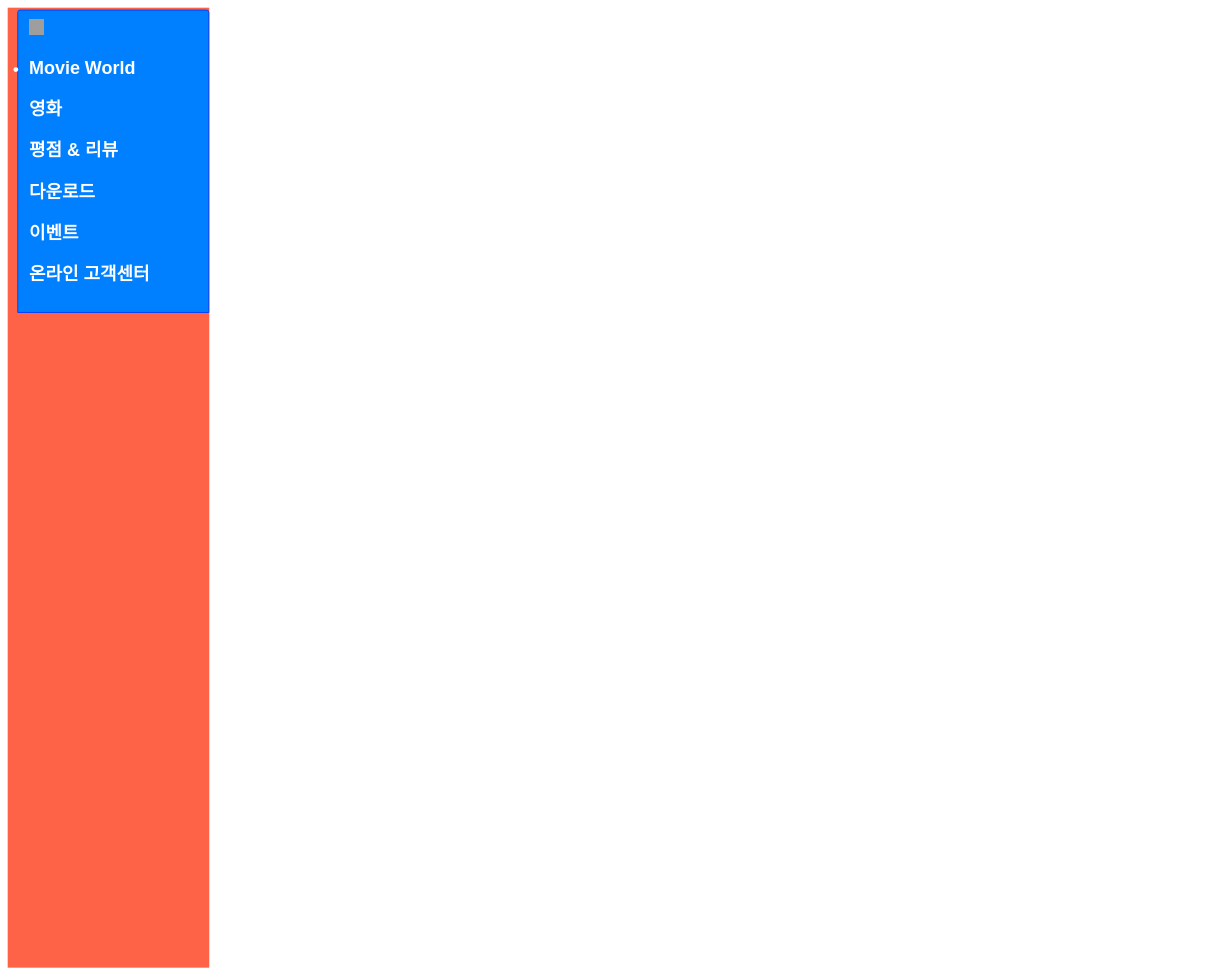
Repository: khpark1211/jsp
Page: http://localhost/TestJsp/
These files come from the project's save history. The page is drawn as it stood at one moment and after the next save; the edit follows.
The browser window is 1280 px wide. The pictures show the whole page, at 96% of full size.
Pictures or frames that could not be fetched are drawn as grey boxes. Some web libraries are served in a nearby version. The page is served by Tomcat 9.

Above is the page before, as saved 2020-04-07 05:35:33.
Not found: TestJsp/resources/demos/style.css

### TestJsp/WebContent/index.jsp

<%@ page language="java" contentType="text/html; charset=UTF-8"
	pageEncoding="UTF-8"%>
<!DOCTYPE html>
<html>
<head>
<meta charset="UTF-8">
<title>Insert title here</title>
<style type="text/css">
#mb-sidebar {
	width: 200px;
	padding-left: 10px;
	height: 1000px;
	float: left;
	border: 1px solid none;
	background-color: tomato;
}

#mb-content {
	width: 800px;
	min-height: 1000px;
	float: left;
	margin-left: 90px;
}

#mb-sidebar {
	list-style-type: none;
}

#accordion ul ul {
	display:none;
}

#accordion li.active ul{
	display: block;
}
</style>
<link rel="stylesheet" href="//code.jquery.com/ui/1.12.1/themes/base/jquery-ui.css">
<link rel="stylesheet" href="/resources/demos/style.css">
<script src="https://code.jquery.com/jquery-1.12.4.js"></script>
<script src="https://code.jquery.com/ui/1.12.1/jquery-ui.js"></script>
<script type="text/javascript">
$( function() {
    $( "#accordion" ).accordion();
  } );
</script>
</head>
<body>
	<div id="mb-container">
		<div id="mb-sidebar">
			<!-- 메뉴 -->
			<div id="accordion">
				<ul>
					<li>
					<h3>Movie World</h4>
					<h3 class="topMenuLi">영화</h4>
						<ul class="subMenu">
							<li>현재 상영작</li>
							<li>상영 예정작</li>
							<li>영화 예매</li>
						</ul>

					<h3 class="topMenuLi">평점 & 리뷰</h4>

					<h3 class="topMenu">다운로드</h4>
						<ul class="subMenu">
							<li>이 달의 추천 영화</li>
							<li>인기 top 10</li>
							<li>시리즈 영화 할인</li>
							<li>장르별 영화관</li>
						</ul>

					<h3 class="topMenuLi">이벤트</h4>
					<h3 class="topMenuLi">온라인 고객센터</h4>
						<ul class="subMenu">
							<li>FAQ</li>
							<li>1:1 문의하기</li>
						</ul>
					</li>
				</ul>
			</div>
		</div>
	</div>
</body>
</html>

After the next save:
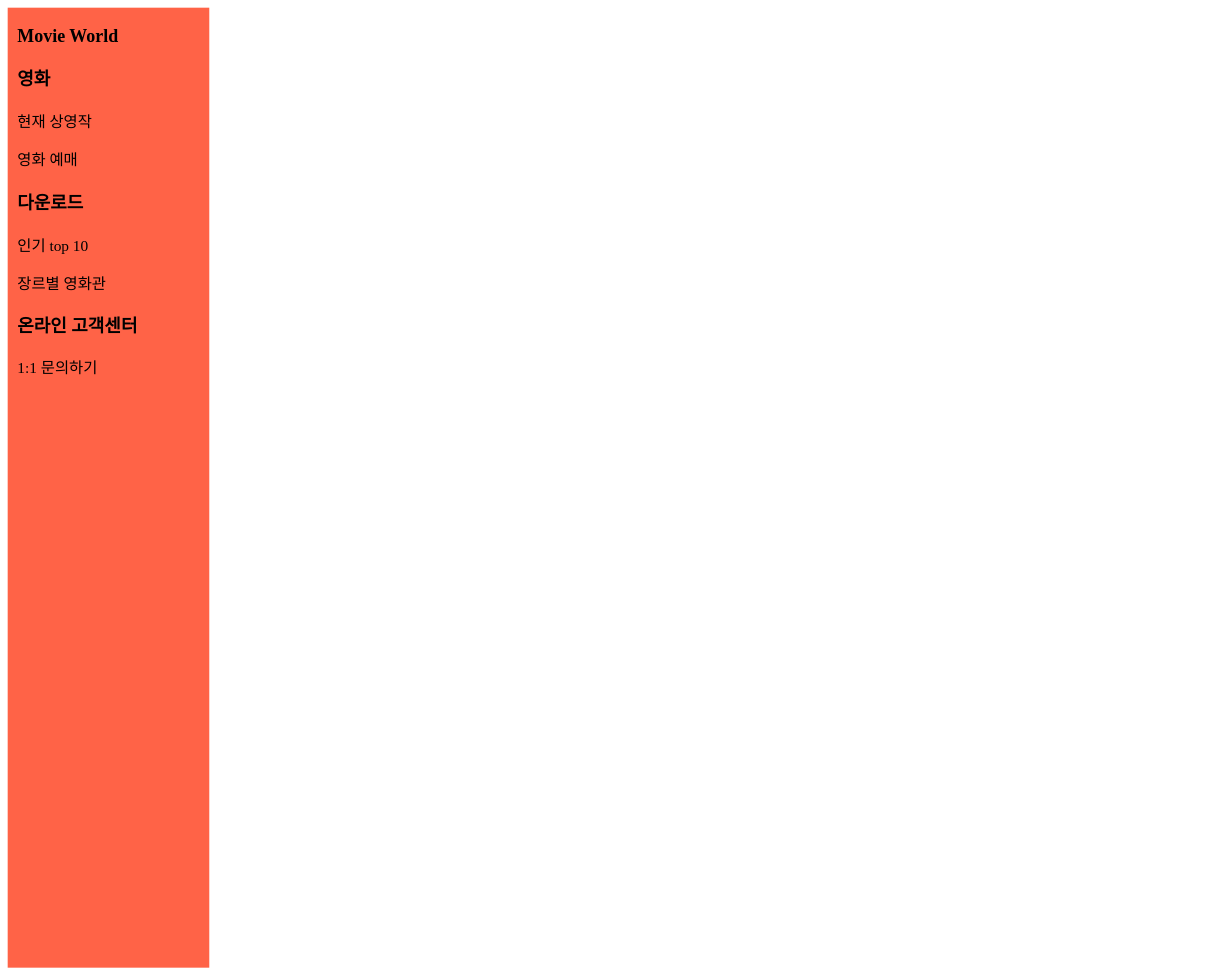
Saved 117 s later.
--- a/TestJsp/WebContent/index.jsp
+++ b/TestJsp/WebContent/index.jsp
@@ -35,8 +35,7 @@
 	display: block;
 }
 </style>
-<link rel="stylesheet" href="//code.jquery.com/ui/1.12.1/themes/base/jquery-ui.css">
-<link rel="stylesheet" href="/resources/demos/style.css">
+
 <script src="https://code.jquery.com/jquery-1.12.4.js"></script>
 <script src="https://code.jquery.com/ui/1.12.1/jquery-ui.js"></script>
 <script type="text/javascript">
@@ -50,34 +49,28 @@ $( function() {
 		<div id="mb-sidebar">
 			<!-- 메뉴 -->
 			<div id="accordion">
-				<ul>
-					<li>
-					<h3>Movie World</h4>
-					<h3 class="topMenuLi">영화</h4>
-						<ul class="subMenu">
-							<li>현재 상영작</li>
-							<li>상영 예정작</li>
-							<li>영화 예매</li>
-						</ul>
+					<h3>Movie World</h3>
+					<h3 class="topMenuLi">영화</h3>
 
-					<h3 class="topMenuLi">평점 & 리뷰</h4>
+							<p>현재 상영작</p>
+							<p>상영 예정작</p>
+							<p>영화 예매</p>
 
-					<h3 class="topMenu">다운로드</h4>
-						<ul class="subMenu">
-							<li>이 달의 추천 영화</li>
-							<li>인기 top 10</li>
-							<li>시리즈 영화 할인</li>
-							<li>장르별 영화관</li>
-						</ul>
+					<h3 class="topMenuLi">평점 & 리뷰</h3>
 
-					<h3 class="topMenuLi">이벤트</h4>
-					<h3 class="topMenuLi">온라인 고객센터</h4>
-						<ul class="subMenu">
-							<li>FAQ</li>
-							<li>1:1 문의하기</li>
-						</ul>
-					</li>
-				</ul>
+					<h3 class="topMenu">다운로드</h3>
+
+							<p>이 달의 추천 영화</p>
+							<p>인기 top 10</p>
+							<p>시리즈 영화 할인</p>
+							<p>장르별 영화관</p>
+
+					<h3 class="topMenuLi">이벤트</h3>
+					<h3 class="topMenuLi">온라인 고객센터</h3>
+
+							<p>FAQ</p>
+							<p>1:1 문의하기</p>
+
 			</div>
 		</div>
 	</div>
